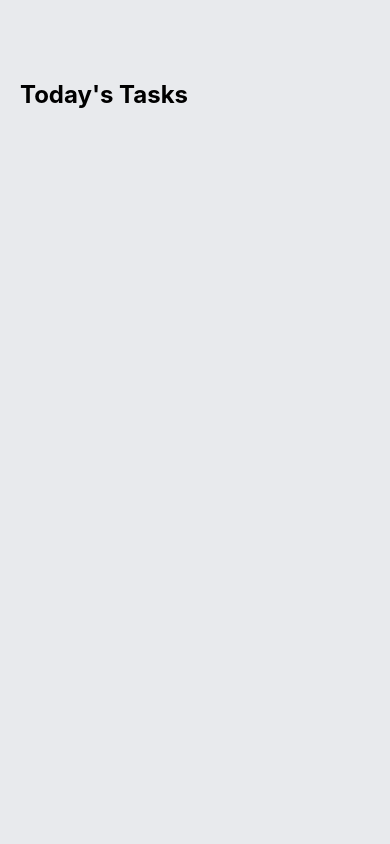
Repository: TakingJester766/React-Native-Example
Screen: /
An editor plug-in stored every save of this project. The screen is shown before and after the next save, followed by the edit.
The app was drawn by React Native's web renderer in a window 390 px wide. The project was rebuilt for these pictures with package versions that can differ from the ones it lists, and the page was loaded fresh each time.

Above is the screen before, as saved 2023-03-11 17:12:25.

### App.js
import { StatusBar } from 'expo-status-bar';
import { Button, StyleSheet, Text, View } from 'react-native';
import Task from './components/Task';

export default function App() {
  return (
    <View style={styles.container}>
      {/*Today's Tasks*/}
      <View style={styles.taskWrapper}>
        <Text style={styles.sectionTitle}>Today's Tasks</Text>

        <View style={styles.items}>
          {/*This is where the tasks will go!*/}



        </View>

      </View>
    </View>
  );
}

const styles = StyleSheet.create({
  container: {
    flex: 1,
    backgroundColor: '#E8EAED',
  },
  taskWrapper: {
    paddingTop: 80,
    paddingHorizontal: 20,
  },
  sectionTitle: {
    fontSize: 24,
    fontWeight: 'bold',
  },
  items: {},
});

### components/Task.js
import React from 'react';
import { View, Text, StyleSheet } from 'react-native';

const Task = () => {
    return (
        <View>
            <Text>This is a task</Text>
        </View>
    )
}

const styles = StyleSheet.create({});

export default Task;

After the next save:
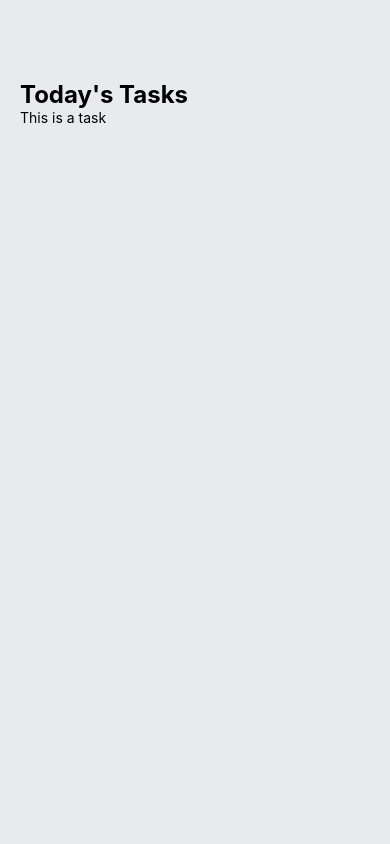
Saved 7 min 31 s later.
--- a/App.js
+++ b/App.js
@@ -12,7 +12,7 @@ export default function App() {
         <View style={styles.items}>
           {/*This is where the tasks will go!*/}
 
-
+          <Task />
 
         </View>
 
